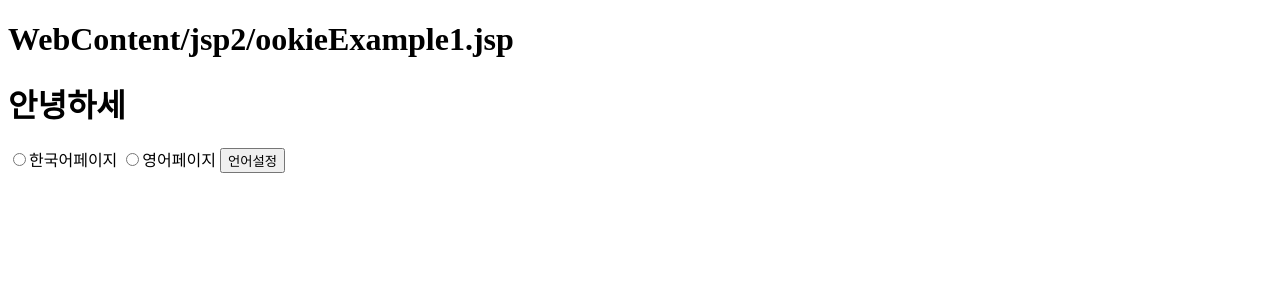
Repository: ReadStar/workspace_jsp
Page: http://localhost/StudyJSP/jsp2/cookieExample1.jsp
The author's editor kept a copy of each file at every save. The page is drawn from the files as they stood at one save, then again after the next save.
The browser window is 1280 px wide. The pictures show the whole page.
The page is served by Tomcat 9. Other server files are loaded and not shown.

Above is the page before, as saved 2020-08-17 02:47:41.

### StudyJSP/WebContent/jsp2/cookieExample1.jsp
<%@ page language="java" contentType="text/html; charset=UTF-8"
    pageEncoding="UTF-8"%>
<!DOCTYPE html>
<html>
<head>
<meta charset="UTF-8">
<title>Insert title here</title>
</head>
<body>
<h1>WebContent/jsp2/ookieExample1.jsp</h1>
<%
//쿠키값 가져오기
Cookie cookies[] = request.getCookies();
//if 쿠키값이 있으면 for if 쿠키이름"clang" 찾기 쿠키값 출력
String clang = "korea";
if(cookies !=null){
	for(int i=0; i<cookies.length; i++){
		if(cookies[i].getName().equals("clang")){
		out.print("쿠키값 : "+ cookies[i].getValue()+"<br>");
			clang=cookies[i].getValue();
		}
	}
}
//clang변수에 저장된 값 쿠키값 "korea"와 같으면 "안녕하세요"
//															 와 같지않으면 "Hello"
if(clang == "korea")
	out.print("<h1>안녕하세</h1>");

%>
<form action="cookieExample2.jsp" method="post">
<input type="radio" name="lang" value="korea">한국어페이지
<input type="radio" name="lang" value="english">영어페이지
<input type="submit" value="언어설정">
</form>
</body>
</html>

After the next save:
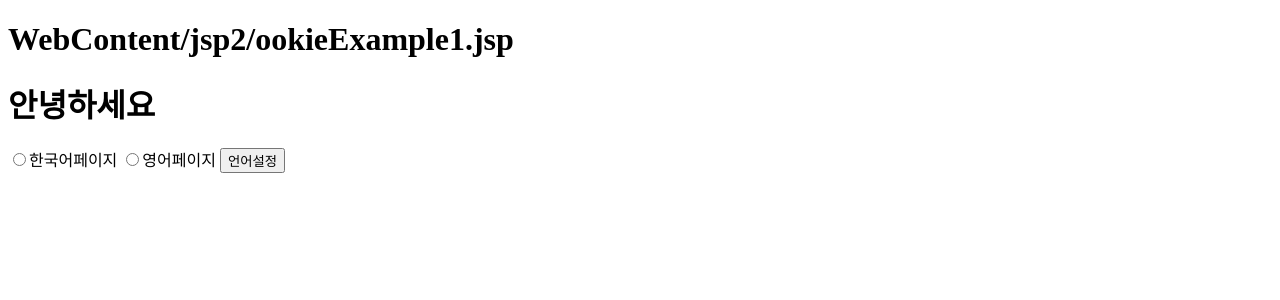
Saved 10 s later.
--- a/StudyJSP/WebContent/jsp2/cookieExample1.jsp
+++ b/StudyJSP/WebContent/jsp2/cookieExample1.jsp
@@ -23,9 +23,10 @@ if(cookies !=null){
 }
 //clang변수에 저장된 값 쿠키값 "korea"와 같으면 "안녕하세요"
 //															 와 같지않으면 "Hello"
-if(clang == "korea")
-	out.print("<h1>안녕하세</h1>");
+if(clang == "korea"){
+	out.print("<h1>안녕하세요</h1>");
 
+}
 %>
 <form action="cookieExample2.jsp" method="post">
 <input type="radio" name="lang" value="korea">한국어페이지
